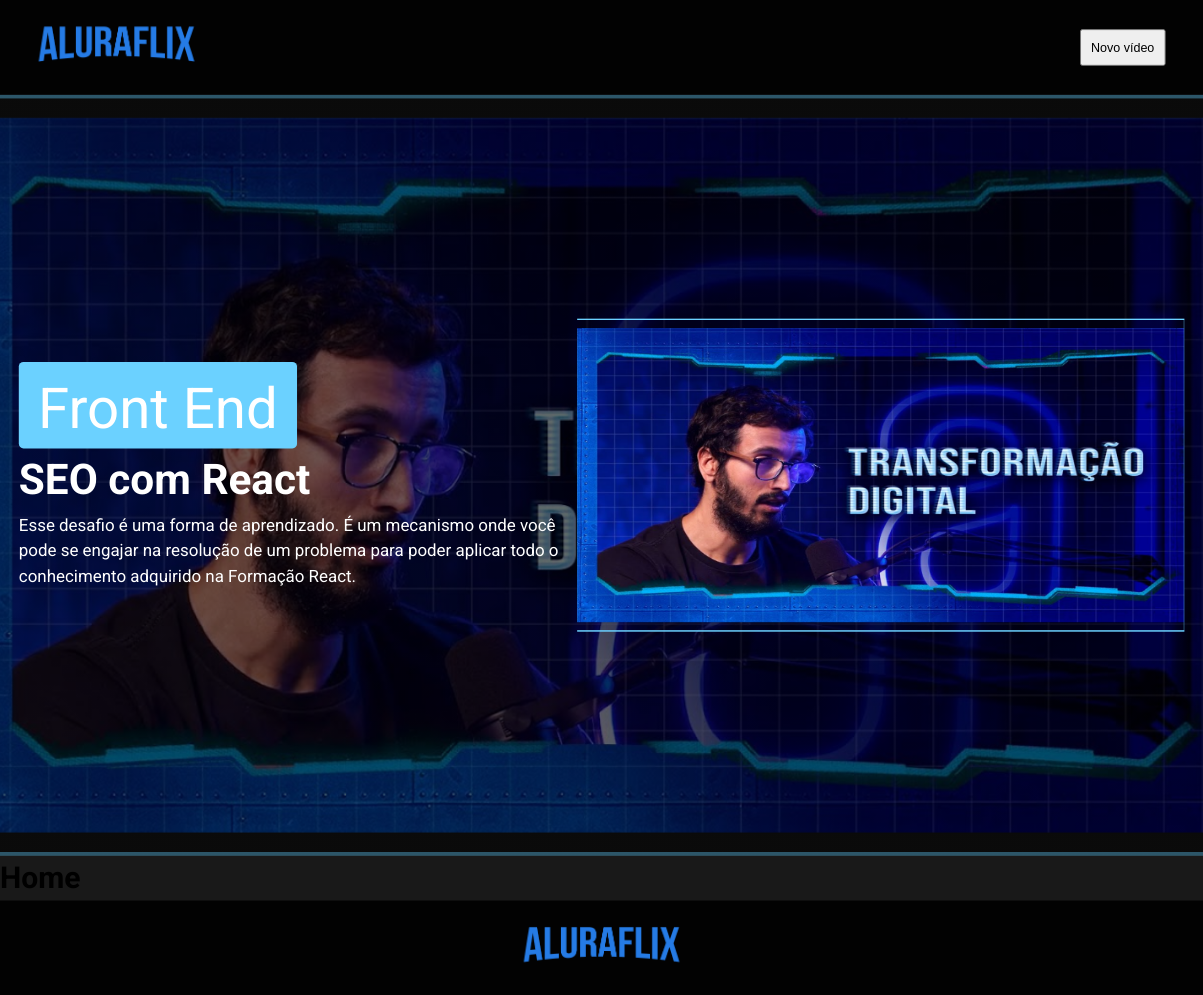
Repository: CarlosEduardoVdeOliveira/aluraflix
Page: /
The author's editor kept a copy of each file at every save. The page is drawn from the files as they stood at one save, then again after the next save.
The browser window is 1280 px wide. The pictures show the whole page, at 94% of full size.
The project was rebuilt for these pictures with package versions that can differ from the ones it lists, and the page was loaded fresh each time. Also part of the build but not shown: vite.config.js, src/pages/RegisterVideo/index.jsx, src/pages/RegisterCategory/index.jsx.

Above is the page before, as saved 2023-09-20 13:24:23.

After the next save:
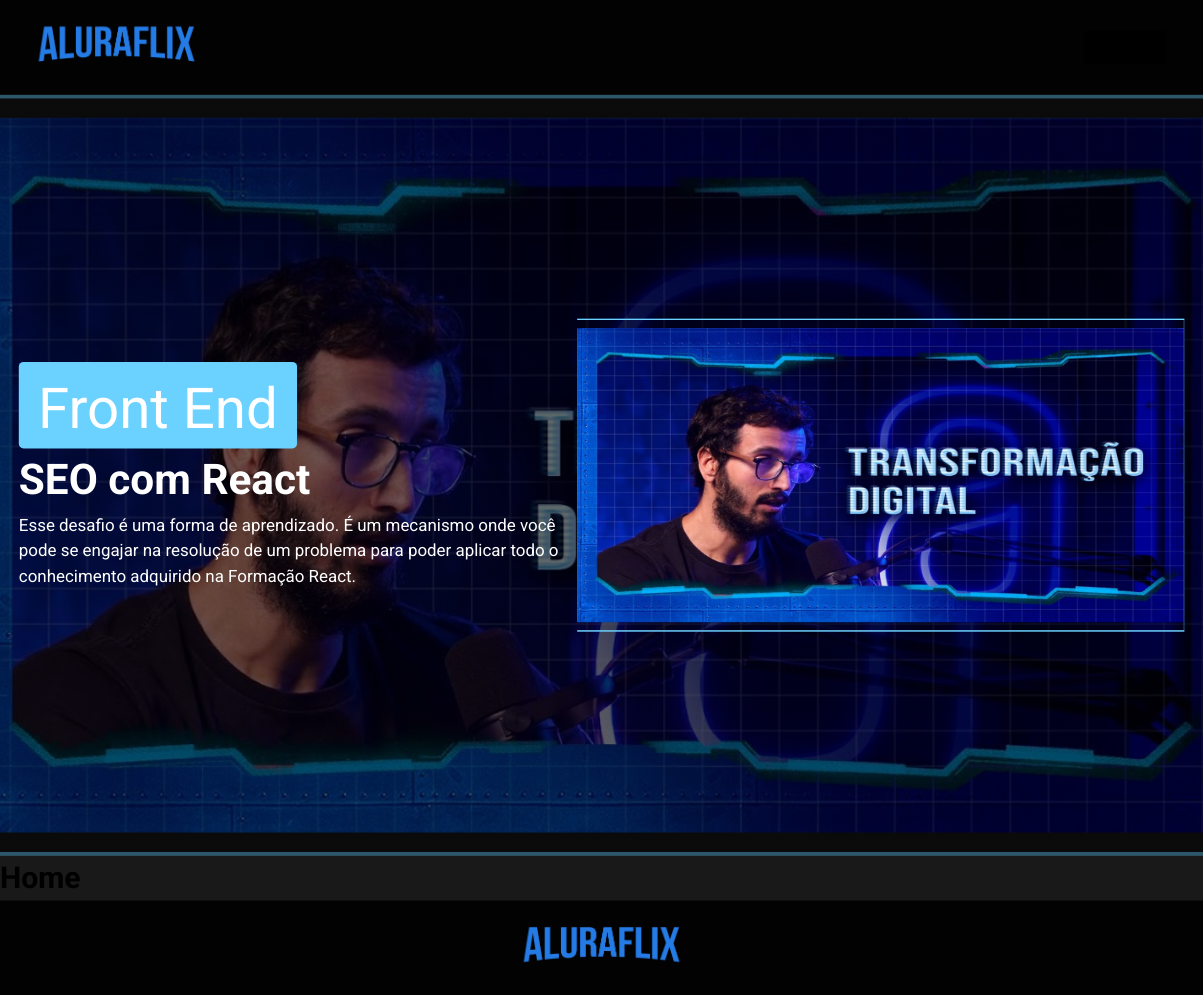
Saved 43 s later.
--- a/src/components/Header/index.jsx
+++ b/src/components/Header/index.jsx
@@ -15,7 +15,7 @@ const Header = ({button}) => {
       <Link to="/">
         <img src={logo} alt='Logo do aluraflix' />
       </Link>
-      {button && <Button variant="outlined" size="medium">Novo vídeo</Button>}
+      {button && <Button bgColor="#000" borderColor="#FFF">Novo vídeo</Button>}
     </header>
   )
 }
